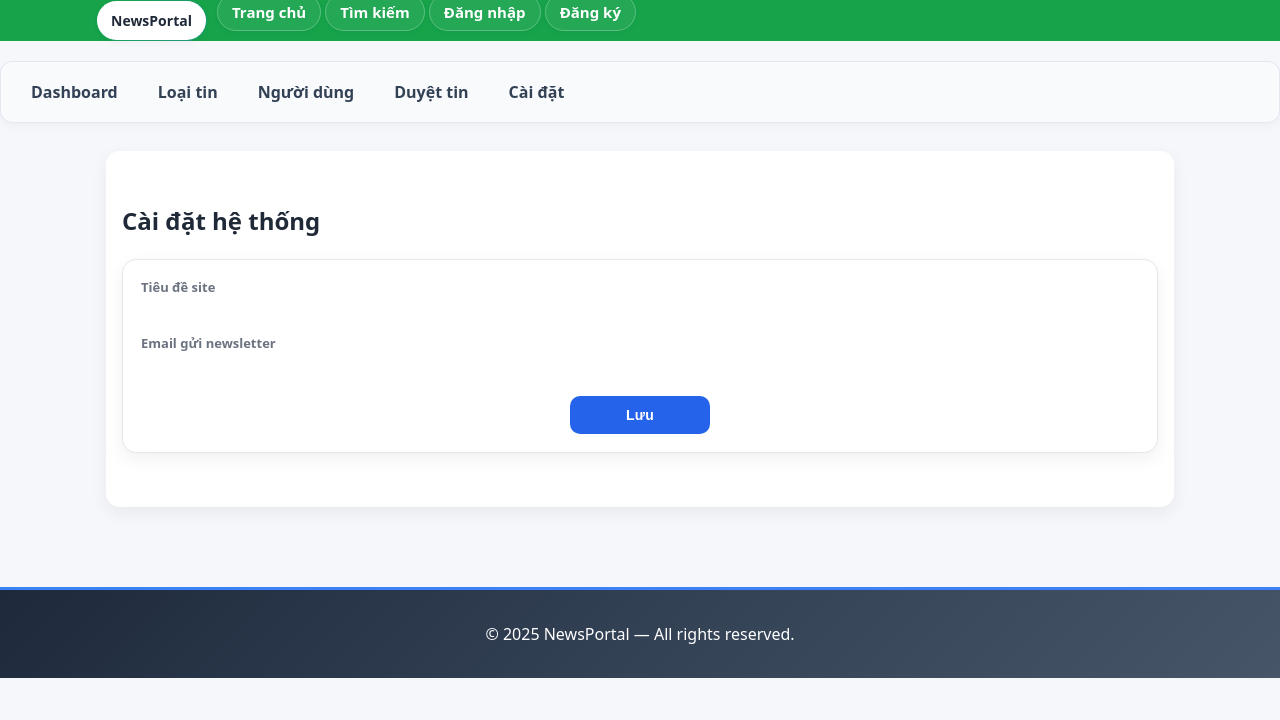
Repository: minhtvpy00202-git/Assignment_PY00202_MinhTV
Page: http://localhost/NewsPortal_PY00202/WEB-INF/views/admin/settings.jsp
An editor plug-in stored every save of this project. The page is shown before and after the next save, followed by the edit.
The browser window is 1280 px wide. The pictures show the whole page.
The page is served by Tomcat 10. Nobody is signed in. Other server files are loaded and not shown. The template is opened directly, without the code that normally fills it, so the values that code supplies are empty.

Above is the page before, as saved 2025-10-09 11:59:28.

### Assignment_NewsPortal/NewsPortal_PY00202/src/main/webapp/WEB-INF/views/admin/settings.jsp

<%@ page contentType="text/html; charset=UTF-8" pageEncoding="UTF-8"%>
<%@ include file="../layout/header.jsp" %>
<jsp:include page="../layout/admin-sidebar.jsp"/>
<link rel="stylesheet" href="${pageContext.request.contextPath}/assets/css/admin-users.css">

<main class="container admin-main">
  <section class="content">
    <h1>Cài đặt hệ thống</h1>
    <form class="form" method="post" action="${pageContext.request.contextPath}/admin/settings/save">
      <label>Tiêu đề site</label>
      <input name="siteTitle" value="${settings.siteTitle}">
      <label>Email gửi newsletter</label>
      <input name="newsletterFrom" value="${settings.newsletterFrom}">
      <div class="actions">
        <button class="btn" type="submit">Lưu</button>
      </div>
    </form>
  </section>
</main>

<%@ include file="../layout/footer.jsp" %>

### Assignment_NewsPortal/NewsPortal_PY00202/src/main/webapp/WEB-INF/views/layout/header.jsp
<%@ page contentType="text/html; charset=UTF-8" pageEncoding="UTF-8"%>
<%@ taglib prefix="c" uri="jakarta.tags.core"%>
<!DOCTYPE html>
<html lang="vi">
<head>
<meta charset="UTF-8">
<title><c:out
		value="${pageTitle != null ? pageTitle : 'NewsPortal'}" /></title>
<link rel="stylesheet"
	href="${pageContext.request.contextPath}/assets/css/style.css">
<link rel="stylesheet" href="${pageContext.request.contextPath}/assets/css/admin-users.css">

</head>
<body>
	<header>
		<div class="container nav">
			<a class="brand" href="${pageContext.request.contextPath}/home">
				<span class="dot"></span> <span>NewsPortal</span>
			</a>
			<nav class="menu">
				<a href="${pageContext.request.contextPath}/home">Trang chủ</a>
				<c:forEach var="cata" items="${categories}">
					<a href="${pageContext.request.contextPath}/category?id=${cata.id}">
						${cata.name} </a>
				</c:forEach>
				<a href="${pageContext.request.contextPath}/search">Tìm kiếm</a>
				<c:choose>
					<c:when test="${not empty sessionScope.user}">
						<c:if test="${sessionScope.user.role}">
							<a href="${pageContext.request.contextPath}/admin/dashboard">Quản
								trị</a>
						</c:if>
						<c:if test="${!sessionScope.user.role}">
							<a href="${pageContext.request.contextPath}/reporter/dashboard">Bảng
								điều khiển</a>
						</c:if>
						<a href="${pageContext.request.contextPath}/logout">Đăng xuất</a>
					</c:when>
					<c:otherwise>
						<a href="${pageContext.request.contextPath}/login">Đăng nhập</a>
						<a href="${pageContext.request.contextPath}/register">Đăng ký</a>
					</c:otherwise>
				</c:choose>
			</nav>
		</div>
	</header>

### Assignment_NewsPortal/NewsPortal_PY00202/src/main/webapp/WEB-INF/views/layout/footer.jsp
<%@ page contentType="text/html; charset=UTF-8" pageEncoding="UTF-8"%>
<footer>
  <div class="container">
    © <script>document.write(new Date().getFullYear())</script> NewsPortal — All rights reserved.
  </div>
</footer>
</body>
</html>

### Assignment_NewsPortal/NewsPortal_PY00202/src/main/webapp/WEB-INF/views/layout/admin-sidebar.jsp
<%@ page contentType="text/html; charset=UTF-8" pageEncoding="UTF-8"%>
<nav class="subnav">
  <a href="${pageContext.request.contextPath}/admin/dashboard">Dashboard</a>
  <a href="${pageContext.request.contextPath}/admin/categories">Loại tin</a>
  <a href="${pageContext.request.contextPath}/admin/users">Người dùng</a>
  <a href="${pageContext.request.contextPath}/admin/news-approve">Duyệt tin</a>
  <a href="${pageContext.request.contextPath}/admin/settings">Cài đặt</a>
</nav>

### Assignment_NewsPortal/NewsPortal_PY00202/src/main/webapp/assets/css/admin-users.css
@charset "UTF-8";

/* ====== Admin Users — Clean CSS ====== */
/* Màu chủ đạo xanh lá*/
:root{
  --bg: #f7f9fb;
  --card: #ffffff;
  --text: #1f2937;
  --muted: #6b7280;
  --primary: #16a34a;
  --primary-600:#15803d;
  --accent: #10b981;
  --danger: #ef4444;
  --danger-600:#dc2626;
  --ring: rgba(16,185,129,.25);
  --border: #e5e7eb;
  --shadow: 0 8px 24px rgba(0,0,0,.06);
}

@media (prefers-color-scheme: dark){
  :root{
    --bg: #0b1220;
    --card: #0f172a;
    --text: #e5e7eb;
    --muted: #94a3b8;
    --primary: #22c55e;
    --primary-600:#16a34a;
    --accent: #34d399;
    --danger: #f87171;
    --danger-600:#ef4444;
    --ring: rgba(52,211,153,.25);
    --border: #1f2a44;
    --shadow: 0 10px 24px rgba(0,0,0,.35);
  }
}

/* Tổng thể */
html,body{
  background: var(--bg);
  color: var(--text);
  font-family: system-ui, -apple-system, Segoe UI, Roboto, Helvetica, Arial, "Apple Color Emoji", "Segoe UI Emoji", "Segoe UI Symbol";
  line-height: 1.5;
}

/* Tiêu đề */
h2{
  font-size: clamp(20px, 2.4vw, 28px);
  font-weight: 800;
  letter-spacing: -0.02em;
  margin: 16px 0 20px;
  display: inline-flex;
  align-items: center;
  gap: 10px;
}
h2::after{
  content:"";
  display:inline-block;
  width: 46px;
  height: 6px;
  border-radius: 999px;
  background: linear-gradient(90deg, var(--primary), var(--accent));
}

/* Hàng người dùng */
.user-row.card{
  display: grid;
  grid-template-columns: 1fr auto;
  align-items: center;
  gap: 16px;
  padding: 16px 18px;
  border: 1px solid var(--border);
  border-radius: 16px;
  background: var(--card);
  box-shadow: var(--shadow);
  transition: transform .18s ease, box-shadow .18s ease, border-color .18s ease;
  will-change: transform;
  margin-bottom: 12px;
}
.user-row.card:hover{
  transform: translateY(-2px);
  box-shadow: 0 14px 36px rgba(0,0,0,.10);
  border-color: rgba(16,185,129,.35);
}

/* Khối thông tin người dùng (bên trái) */
.user-row > div{
  display: flex;
  flex-wrap: wrap;
  align-items: center;
  gap: 8px 12px;
  min-width: 0;
}
.user-row strong{
  font-weight: 700;
}
.user-row strong + span,
.user-row strong + .badge,
.user-row strong + .badge + .badge{
  margin-left: 6px;
}
.user-row .muted{ color: var(--muted); }

.badge{
  display: inline-flex;
  align-items: center;
  gap: 6px;
  padding: 4px 10px;
  border-radius: 999px;
  font-size: 12px;
  font-weight: 700;
  letter-spacing: .2px;
  background: rgba(16,185,129,.08);
  color: var(--primary);
  border: 1px solid rgba(16,185,129,.20);
}
.badge.active{
  background: rgba(34,197,94,.10);
  color: #16a34a;
  border-color: rgba(34,197,94,.22);
}
.badge.inactive{
  background: rgba(148,163,184,.12);
  color: #64748b;
  border-color: rgba(148,163,184,.28);
}

.actions{
  display: flex;
  flex-wrap: wrap;
  align-items: center;
  gap: 8px;
  justify-content: flex-end;
  margin: 0;
}

/* Button base */
.btn{
  --btn-bg: var(--primary);
  --btn-bg-h: var(--primary-600);
  --btn-fg: #fff;
  --btn-bd: transparent;

  appearance: none;
  border: 1px solid var(--btn-bd);
  background: var(--btn-bg);
  color: var(--btn-fg);
  padding: 10px 14px;
  border-radius: 12px;
  font-weight: 700;
  font-size: 14px;
  letter-spacing: .2px;
  cursor: pointer;
  transition: transform .12s ease, filter .12s ease, background .12s ease, border-color .12s ease;
  outline: none;
}

/* Ghost (nền trong suốt, viền) */
.btn.ghost{
  --btn-bg: transparent;
  --btn-fg: var(--text);
  --btn-bd: var(--border);
  background: linear-gradient(var(--card), var(--card)) padding-box,
              linear-gradient(135deg, rgba(16,185,129,.45), rgba(59,130,246,.35)) border-box;
  border: 1px solid transparent;
}
.btn.ghost:hover{
  filter: brightness(1.02);
}

/* Danger */
.btn.danger{
  --btn-bg: var(--danger);
  --btn-bg-h: var(--danger-600);
}
.btn:hover{
  transform: translateY(-1px);
  filter: brightness(1.03);
  background: var(--btn-bg-h);
}
.btn:active{
  transform: translateY(0);
  filter: none;
}

.btn[disabled], .btn:disabled{
  opacity: .55;
  cursor: not-allowed;
  transform: none;
  filter: none;
}


.btn:focus-visible, .badge:focus-visible, .user-row.card:focus-within{
  box-shadow: 0 0 0 3px var(--ring);
}


.actions input[type="hidden"]{ display:none; }


.user-row.card:last-of-type{ margin-bottom: 24px; }

/* Responsive */
@media (max-width: 900px){
  .user-row.card{
    grid-template-columns: 1fr;
    gap: 12px;
  }
  .actions{
    justify-content: flex-start;
  }
}
@media (max-width: 520px){
  .btn{ padding: 9px 12px; font-size: 13px; }
  .badge{ font-size: 11px; padding: 3px 8px; }
  .user-row > div{ gap: 6px 10px; }
}


main, .container, .content{

  max-width: 1100px;
  margin-inline: auto;
  padding-inline: 16px;
}

/* Thanh điều hướng phụ trong admin */
.subnav {
  display: flex;
  flex-wrap: wrap;
  gap: 12px 20px;
  background: #f8fafc;
  border: 1px solid #e2e8f0;
  border-radius: 12px;
  padding: 12px 20px;
  margin: 20px 0 28px;
  box-shadow: 0 4px 10px rgba(0,0,0,0.03);
}

.subnav a {
  text-decoration: none;
  color: #334155;
  font-weight: 600;
  padding: 6px 10px;
  border-radius: 8px;
  transition: all .2s ease;
}

.subnav a:hover {
  color: #16a34a;
  background-color: rgba(22,163,74,0.08);
}


.subnav a.active {
  color: #fff;
  background-color: #16a34a;
}


@media (max-width: 600px) {
  .subnav {
    flex-direction: column;
    align-items: flex-start;
    gap: 8px;
    padding: 14px;
  }
  .subnav a {
    width: 100%;
    padding: 8px 12px;
  }
}

/* Màu & token cơ bản */
:root {
  --bg: #f6f7fb;
  --card: #ffffff;
  --text: #1f2937;
  --muted: #6b7280;
  --primary: #16a34a;      /* xanh lá dịu */
  --primary-600: #15803d;
  --danger: #ef4444;
  --danger-600: #dc2626;
  --border: #e5e7eb;
  --shadow: 0 6px 18px rgba(0,0,0,.06);
  --radius: 14px;
  --focus: 0 0 0 3px rgba(22,163,74,.25);
}

/* Nền tổng thể */
body { background: var(--bg); color: var(--text); }

/* Container chính */
main.container {
  max-width: 1100px;
  margin: 28px auto 60px;
  padding: 0 18px;
}

/* Tiêu đề trang */
main.container > h2 {
  font-size: 28px;
  font-weight: 800;
  letter-spacing: .2px;
  margin: 0 0 18px;
}

/* ===== Form CRUD ===== */
.form {
  background: var(--card);
  border: 1px solid var(--border);
  border-radius: var(--radius);
  box-shadow: var(--shadow);
  padding: 18px;
  display: grid;
  grid-template-columns: 1fr 1fr;
  gap: 14px 18px;
  margin-bottom: 22px;
}

.form label {
  font-size: 13px;
  color: var(--muted);
  display: block;
  margin-bottom: 6px;
}

.form input[type="text"],
.form input[type="email"],
.form input[type="password"],
.form input[type="file"],
.form select,
.form textarea {
  width: 100%;
  font-size: 15px;
  color: var(--text);
  background: #fcfcfd;
  border: 1px solid var(--border);
  border-radius: 10px;
  padding: 10px 12px;
  outline: none;
  transition: box-shadow .15s ease, border-color .15s ease, background .15s ease;
}

.form textarea { min-height: 160px; grid-column: 1 / -1; }

.form input:focus,
.form select:focus,
.form textarea:focus {
  border-color: var(--primary);
  box-shadow: var(--focus);
  background: #fff;
}

/* Hàng nút hành động của form */
.form button,
.form .btn {
  align-self: start;
}

.form .btn + .btn { margin-left: 8px; }

/* Gộp nút “Hủy” ở bên phải nếu có */
.form a.btn { text-decoration: none; }

/* Trải dài toàn bộ form cho 1 số trường */
.form [name="title"],
.form [name="thumbnail"] { grid-column: 1 / -1; }

/* ===== Buttons ===== */
.btn {
  display: inline-flex;
  align-items: center;
  gap: 8px;
  height: 38px;
  padding: 0 14px;
  border-radius: 10px;
  border: 1px solid transparent;
  background: var(--primary);
  color: #fff;
  font-weight: 600;
  cursor: pointer;
  transition: transform .04s ease, background .15s ease, box-shadow .15s ease;
}

.btn:hover { background: var(--primary-600); }
.btn:active { transform: translateY(1px); }
.btn.ghost {
  background: transparent;
  color: var(--primary);
  border-color: var(--primary);
}
.btn.ghost:hover { background: rgba(22,163,74,.08); }

.btn.danger {
  background: var(--danger);
}
.btn.danger:hover { background: var(--danger-600); }

/* ===== Table list ===== */
.table {
  width: 100%;
  border-collapse: collapse;
  background: var(--card);
  border: 1px solid var(--border);
  border-radius: var(--radius);
  box-shadow: var(--shadow);
  overflow: hidden; /* bo tròn header */
}

.table thead th {
  text-align: left;
  font-size: 13px;
  color: var(--muted);
  font-weight: 700;
  letter-spacing: .2px;
  background: #fafafa;
  border-bottom: 1px solid var(--border);
  padding: 12px 14px;
}

.table tbody td {
  padding: 14px;
  border-top: 1px solid var(--border);
  vertical-align: top;
}

.table tbody tr:hover { background: #fcfcff; }

/* Cột hành động */
.table td.actions {
  white-space: nowrap;
}

.table td.actions a {
  margin-right: 8px;
  text-decoration: none;
  color: var(--primary-600);
  font-weight: 600;
}

.table td.actions form { display: inline-block; }
.table td.actions button {
  height: 32px;
  padding: 0 12px;
  font-size: 13px;
  border-radius: 8px;
}

/* ===== Small helpers ===== */
.alert {
  padding: 10px 12px;
  border-radius: 10px;
  border: 1px solid var(--border);
  background: #fffbe6;
  color: #7c6a00;
  margin-bottom: 16px;
}

/* ===== Responsive ===== */
@media (max-width: 820px) {
  .form { grid-template-columns: 1fr; }
  .table thead { display: none; }
  .table, .table tbody, .table tr, .table td { display: block; width: 100%; }
  .table tr { border-bottom: 1px solid var(--border); }
  .table td { border: none; padding: 10px 14px; }
  .table td.actions { padding-bottom: 16px; }
}

### Assignment_NewsPortal/NewsPortal_PY00202/src/main/webapp/WEB-INF/views/layout/admin-header.jsp
<%@ page contentType="text/html; charset=UTF-8" pageEncoding="UTF-8"%>
<%@ taglib prefix="c" uri="jakarta.tags.core" %>
<%@ taglib prefix="fn" uri="jakarta.tags.functions" %>
<!DOCTYPE html>
<html lang="vi">
<head>
    <meta charset="UTF-8">
    <title><c:out value="${pageTitle != null ? pageTitle : 'Quản trị - NewsPortal'}"/></title>
    <link rel="stylesheet" href="${pageContext.request.contextPath}/assets/css/style.css">
    <link rel="stylesheet" href="${pageContext.request.contextPath}/assets/css/admin-users.css">

</head>
<body>

<c:set var="ctx" value="${pageContext.request.contextPath}"/>
<c:set var="uri" value="${pageContext.request.requestURI}"/>

<header class="admin-header">
    <div class="container">
        <h1 class="logo">
            <a href="${ctx}/admin/dashboard" style="text-decoration:none;color:inherit;">
                NewsPortal <span class="small">Admin</span>
            </a>
        </h1>

        <nav class="nav">
            <a href="${ctx}/admin/dashboard"
               class="${fn:contains(uri, '/admin/dashboard') ? 'active' : ''}"
               aria-current="${fn:contains(uri, '/admin/dashboard') ? 'page' : ''}">Dashboard</a>

            <a href="${ctx}/admin/news-approve"
               class="${fn:contains(uri, '/admin/news-approve') ? 'active' : ''}"
               aria-current="${fn:contains(uri, '/admin/news-approve') ? 'page' : ''}">Duyệt bài</a>

            <a href="${ctx}/admin/users"
               class="${fn:contains(uri, '/admin/users') ? 'active' : ''}"
               aria-current="${fn:contains(uri, '/admin/users') ? 'page' : ''}">Người dùng</a>

            <a href="${ctx}/admin/categories"
               class="${fn:contains(uri, '/admin/categories') ? 'active' : ''}"
               aria-current="${fn:contains(uri, '/admin/categories') ? 'page' : ''}">Chuyên mục</a>

            <a href="${ctx}/admin/settings"
               class="${fn:contains(uri, '/admin/settings') ? 'active' : ''}"
               aria-current="${fn:contains(uri, '/admin/settings') ? 'page' : ''}">Cài đặt</a>

            <a href="${ctx}/logout" class="logout">Đăng xuất</a>
        </nav>
    </div>
</header>


<footer class="admin-footer">
    <div class="container">
        &copy; <c:out value="${pageContext.request.serverName}"/> — All rights reserved.
    </div>
</footer>

</body>
</html>

Loaded but not shown: Assignment_NewsPortal/NewsPortal_PY00202/src/main/webapp/assets/css/style.css (1671 lines, source omitted)

After the next save:
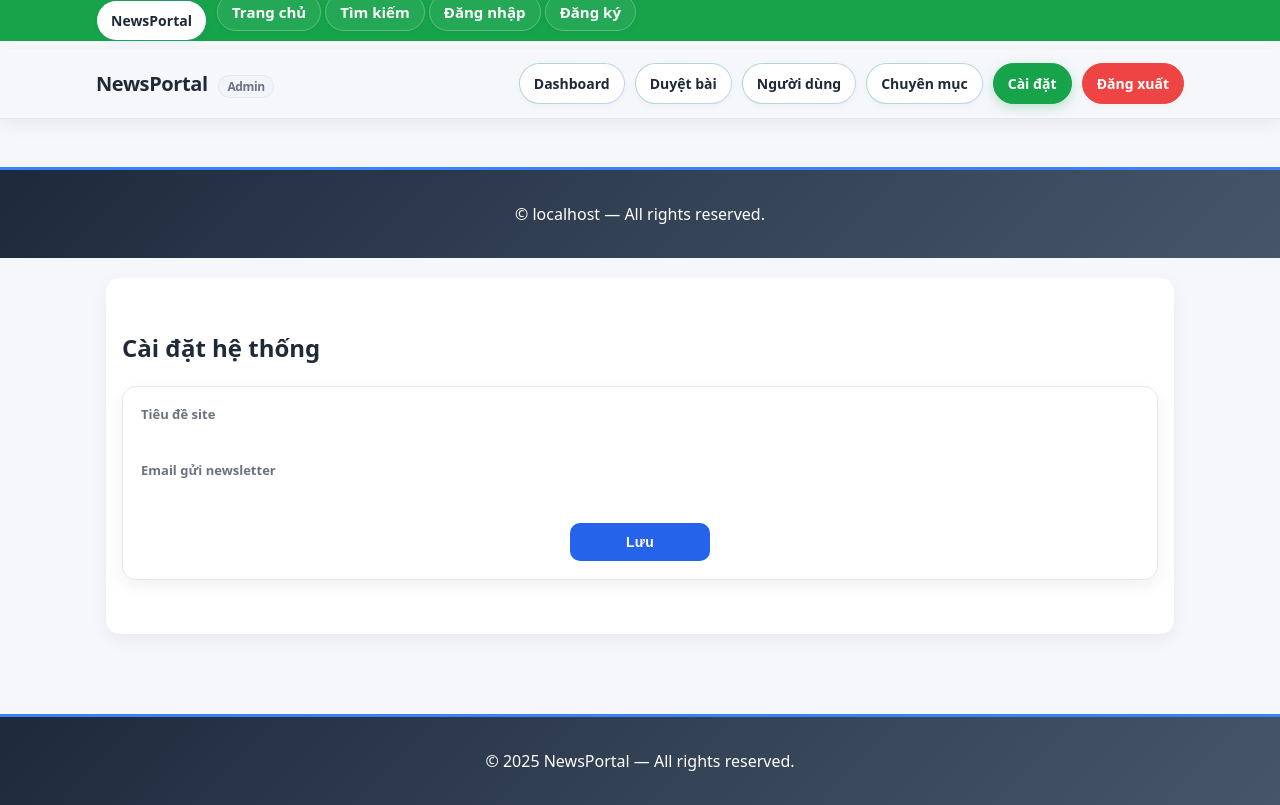
Saved 11 s later.
--- a/Assignment_NewsPortal/NewsPortal_PY00202/src/main/webapp/WEB-INF/views/admin/settings.jsp
+++ b/Assignment_NewsPortal/NewsPortal_PY00202/src/main/webapp/WEB-INF/views/admin/settings.jsp
@@ -1,7 +1,7 @@
 
 <%@ page contentType="text/html; charset=UTF-8" pageEncoding="UTF-8"%>
 <%@ include file="../layout/header.jsp" %>
-<jsp:include page="../layout/admin-sidebar.jsp"/>
+<jsp:include page="../layout/admin-header.jsp"/>
 <link rel="stylesheet" href="${pageContext.request.contextPath}/assets/css/admin-users.css">
 
 <main class="container admin-main">
